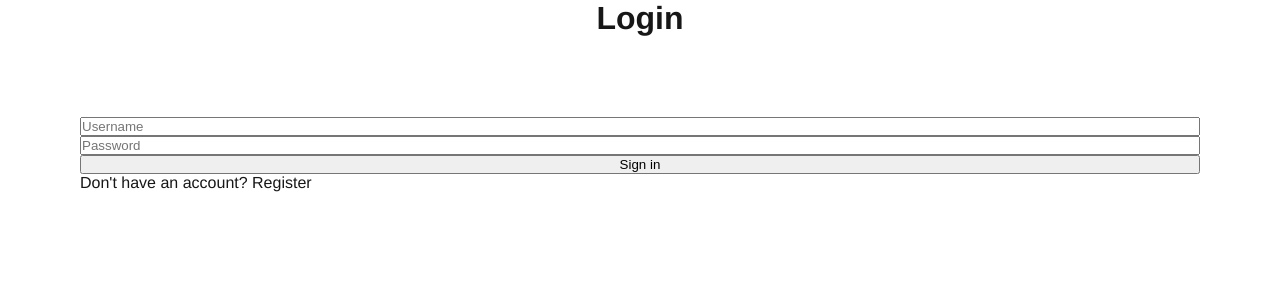
Repository: EricRobertCampbell/palaeo-fossil-classifier
Page: /login (app in palaeo-fossil-classifier/)
These files come from the project's save history. The page is drawn as it stood at one moment and after the next save; the edit follows.
The browser window is 1280 px wide. The pictures show the whole page.
The project was rebuilt for these pictures with package versions that can differ from the ones it lists, and the page was loaded fresh each time. The framework's server and built-in components were replaced by stand-ins that run in the browser. Also part of the build but not shown: palaeo-fossil-classifier/next.config.ts.

Above is the page before, as saved 2024-11-30 12:38:22.

### palaeo-fossil-classifier/app/login/page.tsx
import React from "react";
import styles from "./page.module.css";

export default function login() {
  return (
    <div>
      <h1 className={styles.title}>Login</h1>
      <div className={styles.login}>
        <div className={styles.form}>
          <input
            className={styles.input}
            type="text"
            placeholder="Username"
            name="un"
          />
          <input
            className={styles.input}
            type="password"
            placeholder="Password"
            name="pw"
          />
          <button className={styles.button}> Sign in </button>
          <a href="#">
            {" "}
            <p> Don't have an account? Register </p>
          </a>
        </div>
      </div>
    </div>
  );
}

### palaeo-fossil-classifier/app/globals.css
:root {
  --background: #ffffff;
  --foreground: #171717;
}

@media (prefers-color-scheme: dark) {
  :root {
    --background: #0a0a0a;
    --foreground: #ededed;
  }
}

html,
body {
  max-width: 100vw;
  overflow-x: hidden;
}

body {
  color: var(--foreground);
  background: var(--background);
  font-family: Helvetica;
  -webkit-font-smoothing: antialiased;
  -moz-osx-font-smoothing: grayscale;
}

* {
  box-sizing: border-box;
  padding: 0;
  margin: 0;
}

a {
  color: inherit;
  text-decoration: none;
}

@media (prefers-color-scheme: dark) {
  html {
    color-scheme: dark;
  }
}

### palaeo-fossil-classifier/app/login/page.module.css
.login{

}

.title{
    text-align: center;
}

.form{
    display: grid;
    align-items: center;
    padding: 5rem;
}

.button{

}

Loaded but not shown: palaeo-fossil-classifier/app/layout.tsx (common file)

After the next save:
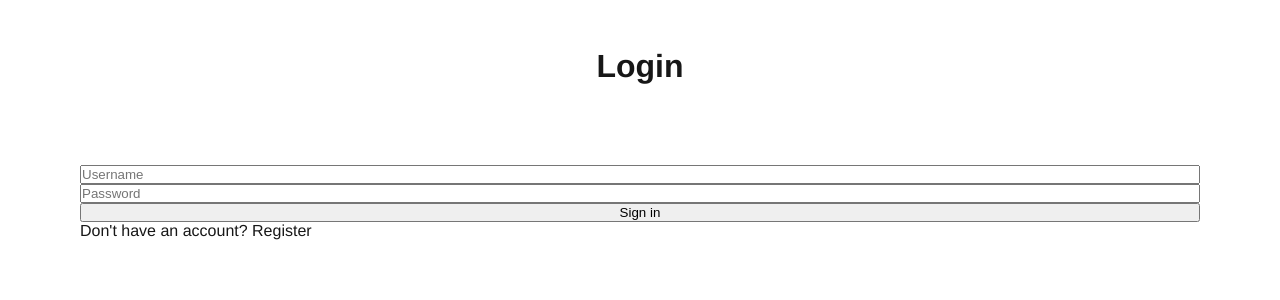
Saved 7 s later.
--- a/palaeo-fossil-classifier/app/login/page.module.css
+++ b/palaeo-fossil-classifier/app/login/page.module.css
@@ -4,6 +4,7 @@
 
 .title{
     text-align: center;
+    padding-top: 3rem;
 }
 
 .form{
